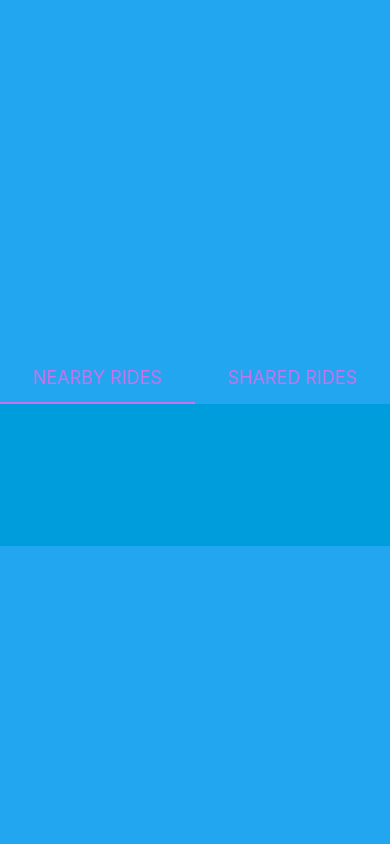
Repository: wilyyy/CompassPlus
Page: /
The author's editor kept a copy of each file at every save. The page is drawn from the files as they stood at one save, then again after the next save.
The browser window is 390 px wide. The pictures show the whole page.
The app was drawn by React Native's web renderer in a window 390 px wide. The project was rebuilt for these pictures with package versions that can differ from the ones it lists, and the page was loaded fresh each time. Also part of the build but not shown: comps/LinkCompassCard/index.js.

Above is the page before, as saved 2021-10-30 11:50:31.

After the next save:
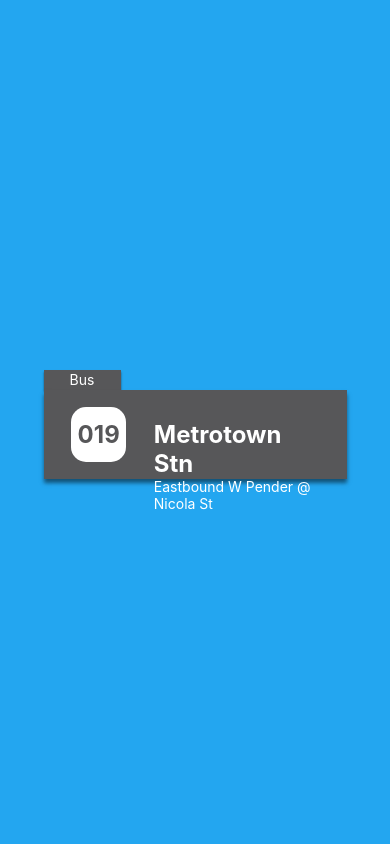
Saved 13 s later.
--- a/App.js
+++ b/App.js
@@ -11,8 +11,8 @@
   return (
     <View style={styles.container}>
       {/* <LinkCompassCard /> */}
-      <RideCard />
-      {/* <SignUpTransitCard /> */}
+      {/* <RideCard /> */}
+      <SignUpTransitCard />
       <StatusBar style="auto" />
     </View>
   );
